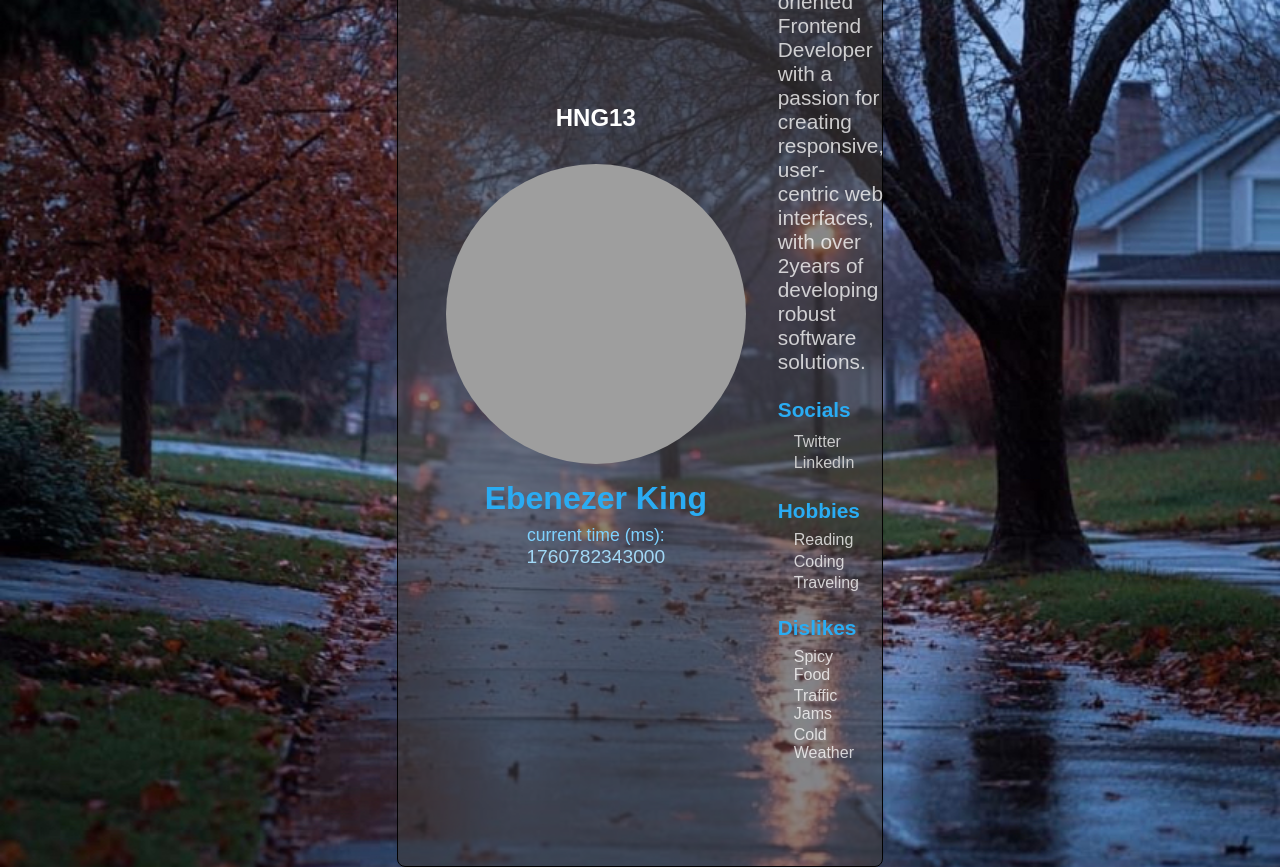
Repository: ebenezertiewei/profileCard
Page: index.html
The author's editor kept a copy of each file at every save. The page is drawn from the files as they stood at one save, then again after the next save.
The browser window is 1280 px wide. The pictures show the whole page.
Pictures or frames that could not be fetched are drawn as grey boxes.

Above is the page before, as saved 2025-10-18 12:31:21.

### index.html
<!DOCTYPE html>
<html lang="en">
	<head>
		<meta charset="UTF-8" />
		<meta name="viewport" content="width=device-width, initial-scale=1.0" />
		<title>Profile Card</title>
		<link rel="stylesheet" href="style.css" />
	</head>
	<body>
		<!--------------------------------- PROFILE CARD CONTAINER ---------------------------->
		<article data-testid="test-profile-card">
			<header>
				<h1>HNG13</h1>
				<!---------------------------------- PROFILE HEADER ---------------------------->
				<div id="profileHeader" data-testid="test-profile-header">
					<figure>
						<img
							src="https://ca.slack-edge.com/T09AMR8A9C3-U09L73CQQ2K-7e805defcf15-512"
							alt="Profile Avatar"
							data-testid="test-user-avatar"
							id="profileAvatar"
						/>
						<!-- <figcaption>Ebenezer King</figcaption> -->
					</figure>
					<!----------- user name ----------->
					<h2 data-testid="test-user-name">Ebenezer King</h2>
					<!----------- current time----------->
					<span data-testid="test-user-time-header" class="time-header">
						current time (ms):
						<p data-testid="test-user-time"></p>
					</span>
				</div>
			</header>

			<!---------------------------------- PROFILE DETAILS ---------------------------->
			<div id="profileDetails" data-testid="test-profile-details">
				<section>
					<h3 data-testid="test-user-bio-header" class="bio-header">Bio</h3>
					<p data-testid="test-user-bio">
						A detail-oriented Frontend Developer with a passion for creating
						responsive, user-centric web interfaces, with over 2years of
						developing robust software solutions.
					</p>
				</section>
				<!--------------------- social links ------------->
				<section>

				</section>
				<h3
					data-testid="test-user-social-links-header"
					class="social-links-header"
				>
					Socials
				</h3>
				<nav data-testid="test-user-social-links">
					<ul>
						<li>
							<a
								href="https://x.com/txch_king?s=11&t=o3w1r65yzU2hxbP-LDD1ug"
								target="_blank"
								rel="noopener noreferrer"
								data-testid="test-user-social-twitter"
							>
								Twitter
							</a>
						</li>
						<li>
							<a
								href="https://www.linkedin.com/in/ebenezer-t-093b21320/"
								target="_blank"
								rel="noopener noreferrer"
								data-testid="test-user-social-linkedin"
							>
								LinkedIn
							</a>
						</li>
					</ul>
				</nav>
				<!--------------------- hobbies ------------->
				<section data-testid="test-user-hobbies">
					<h3 data-testid="test-user-hobbies-header" class="hobbies-header">
						Hobbies
					</h3>
					<ul>
						<li>Reading</li>
						<li>Coding</li>
						<li>Traveling</li>
					</ul>
				</section>
				<!--------------------- dislikes ------------->
				<section data-testid="test-user-dislikes">
					<h3 data-testid="test-user-dislikes-header" class="dislikes-header">
						Dislikes
					</h3>
					<ul>
						<li>Spicy Food</li>
						<li>Traffic Jams</li>
						<li>Cold Weather</li>
					</ul>
				</section>
			</div>
		</article>

		<!-- javascript link -->
		<script src="script.js"></script>
	</body>
</html>

### style.css
/* ---------------------------------------------------------------- */
/*--------------- Project body general style ---------------*/
html {
	width: 100dvw;
	font-family: Arial, sans-serif;
	font-size: 1rem;
	font-weight: 400;
}
body {
	background-color: #605a5a;
	background-image: url("./assets/states.jpg");
	background-size: cover;
	background-position: center;
	background-repeat: no-repeat;
	/* height: 100%; */
	width: 100%;
}
* {
	padding: 0;
	margin: 0;
	border: 0;
	box-sizing: border-box;
	outline: none;
}

/*--------------------------MOBILE WORKFLOW---------------------*/
/*--------------profile card container -------------------*/
article[data-testid="test-profile-card"] {
	/* height: 100%; */
	width: 100%;
	padding: 3rem 1rem;
	background-color: rgba(61, 58, 58, 0.6);
	color: rgba(255, 255, 255, 0.761);
	display: flex;
	flex-direction: column;
	align-items: center;
	border: 1px solid #020202;
	border-radius: 8px;
	box-shadow: 0 2px 4px rgba(0, 0, 0, 0.1);
}

h1 {
	color: #fff;
	text-align: center;
	margin-bottom: 1rem;
}

/*-------------  PROFILE HEADER  -------------*/
#profileHeader {
	width: 100%;
	display: flex;
	flex-direction: column;
	padding: 1rem 0;
	/* background-color: orange; */
}
#profileHeader figure {
	display: flex;
	flex-direction: column;
	align-items: center;
	margin-bottom: 0.5rem;
}
/*------------- profile header image -------------*/
#profileHeader img {
	border-radius: 50%;
	width: 300px;
	height: 300px;
	object-fit: cover;
}
#avatarUpload::file-selector-button {
	background-color: rgba(61, 58, 58, 0.6);
	color: #a8a8a8;
	padding: 0.5rem 1rem;
	border: 1px solid #555555;
	border-radius: 6px;
	cursor: pointer;
	font-size: 0.9rem;
	transition: background 0.3s;
}
#avatarUpload::file-selector-button:hover {
	background-color: #45a049;
	color: black;
}
#avatarUpload {
	color: #a8a8a8;
}
#avatarUrl::placeholder {
	background-color: rgb(61, 58, 58);
	color: #a8a8a8;
}
#avatarUrl {
	/* color: #ccc; */
	padding: 0.5rem;
	background-color: rgb(61, 58, 58);
	border: 1px solid #555555;
	border-radius: 6px;
}
/*--------------profile name --------------*/
#profileHeader h2 {
	display: flex;
	justify-content: center;
	margin: 0.5rem 0;
	font-size: 2rem;
	font-weight: 600;
	color: #2aacf3;
}
/*-------------- current time --------------*/
#profileHeader span[data-testid="test-user-time-header"] {
	display: flex;
	flex-direction: column;
	justify-content: center;
	align-items: center;
	font-size: 1.1rem;
	margin-bottom: 1rem;
	color: #7ed2ff;
}
#profileHeader p[data-testid="test-user-time"] {
	margin-bottom: 1rem;
	font-size: 1.2rem;
	color: #a1d8f6;
}
/*--------------  PROFILE DETAILS  --------------*/
.bio-header {
	display: flex;
	flex-direction: column;
	justify-content: start;
	margin-bottom: 0.5rem;
	font-size: 1.3rem;
	color: #2aacf3;
}
#profileDetails p[data-testid="test-user-bio"] {
	font-size: 1.3rem;
	margin-bottom: 1.5rem;
}
/* ------------------ social links --------------- */
.social-links-header {
	display: flex;
	flex-direction: column;
	justify-content: start;
	margin-bottom: 0.5rem;
	font-size: 1.3rem;
	color: #2aacf3;
}
#profileDetails nav[data-testid="test-user-social-links"] {
	display: flex;
	flex-direction: column;
	justify-content: start;
	margin-bottom: 1.5rem;
}
#profileDetails nav[data-testid="test-user-social-links"] ul {
	list-style: none;
}
#profileDetails nav[data-testid="test-user-social-links"] li {
	margin: 0.2rem 1rem;
}
#profileDetails nav[data-testid="test-user-social-links"] a {
	color: #ccc;
	text-decoration: none;
}
#profileDetails nav[data-testid="test-user-social-links"] a:hover {
	text-decoration: underline;
}
/* ------------------ hobbies --------------- */
.hobbies-header {
	display: flex;
	flex-direction: column;
	justify-content: start;
	margin-bottom: 0.5rem;
	font-size: 1.3rem;
	color: #2aacf3;
}
#profileDetails section[data-testid="test-user-hobbies"] ul {
	list-style: none;
	margin-bottom: 1.5rem;
}
#profileDetails section[data-testid="test-user-hobbies"] li {
	margin: 0.2rem 1rem;
}
/* ------------------ dislikes --------------- */
.dislikes-header {
	display: flex;
	flex-direction: column;
	justify-content: start;
	margin-bottom: 0.5rem;
	font-size: 1.3rem;
	color: #2aacf3;
}
#profileDetails section[data-testid="test-user-dislikes"] ul {
	list-style: none;
	margin-bottom: 1.5rem;
}
#profileDetails section[data-testid="test-user-dislikes"] li {
	margin: 0.2rem 1rem;
}

/* ---------------------------------- MEDIA QUERY ------------------------------- */
/* ------------------- tablet ------------------- */
@media (min-width: 768px) {
	html {
		height: 100dvh;
	}
	body {
		height: 100%;
		display: flex;
		justify-content: center;
		align-items: center;
		padding: 0 2rem;
	}
	article[data-testid="test-profile-card"] {
		display: flex;
		flex-direction: row;
		width: 100%;
		gap: 2rem;
	}
}
/* ------------------- desktop ------------------- */
@media (min-width: 1024px) {
	article[data-testid="test-profile-card"] {
		width: 40%;
		padding: 5rem 3rem;
	}
}

### script.js
// --------------------------------------------------------------------------
// ------------------- current time in milliseconds ----------
window.addEventListener("DOMContentLoaded", () => {
	const timeElement = document.querySelector('[data-testid="test-user-time"]');

	function updateTime() {
		const currentTime = Date.now();
		timeElement.textContent = currentTime;
	}

	updateTime();
	setInterval(updateTime, 100);
});

After the next save:
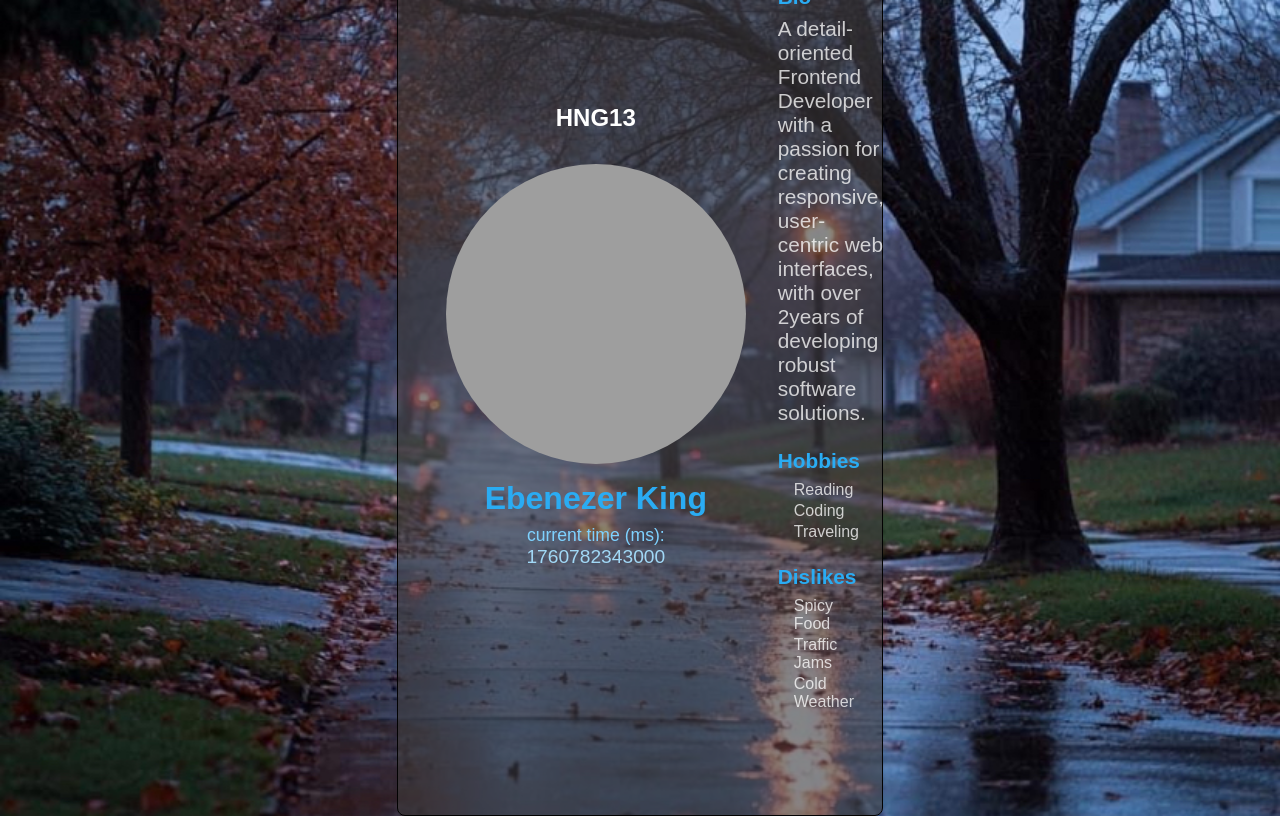
Saved 16 s later.
--- a/index.html
+++ b/index.html
@@ -46,36 +46,7 @@
 				<section>
 
 				</section>
-				<h3
-					data-testid="test-user-social-links-header"
-					class="social-links-header"
-				>
-					Socials
-				</h3>
-				<nav data-testid="test-user-social-links">
-					<ul>
-						<li>
-							<a
-								href="https://x.com/txch_king?s=11&t=o3w1r65yzU2hxbP-LDD1ug"
-								target="_blank"
-								rel="noopener noreferrer"
-								data-testid="test-user-social-twitter"
-							>
-								Twitter
-							</a>
-						</li>
-						<li>
-							<a
-								href="https://www.linkedin.com/in/ebenezer-t-093b21320/"
-								target="_blank"
-								rel="noopener noreferrer"
-								data-testid="test-user-social-linkedin"
-							>
-								LinkedIn
-							</a>
-						</li>
-					</ul>
-				</nav>
+
 				<!--------------------- hobbies ------------->
 				<section data-testid="test-user-hobbies">
 					<h3 data-testid="test-user-hobbies-header" class="hobbies-header">

After the save that followed:
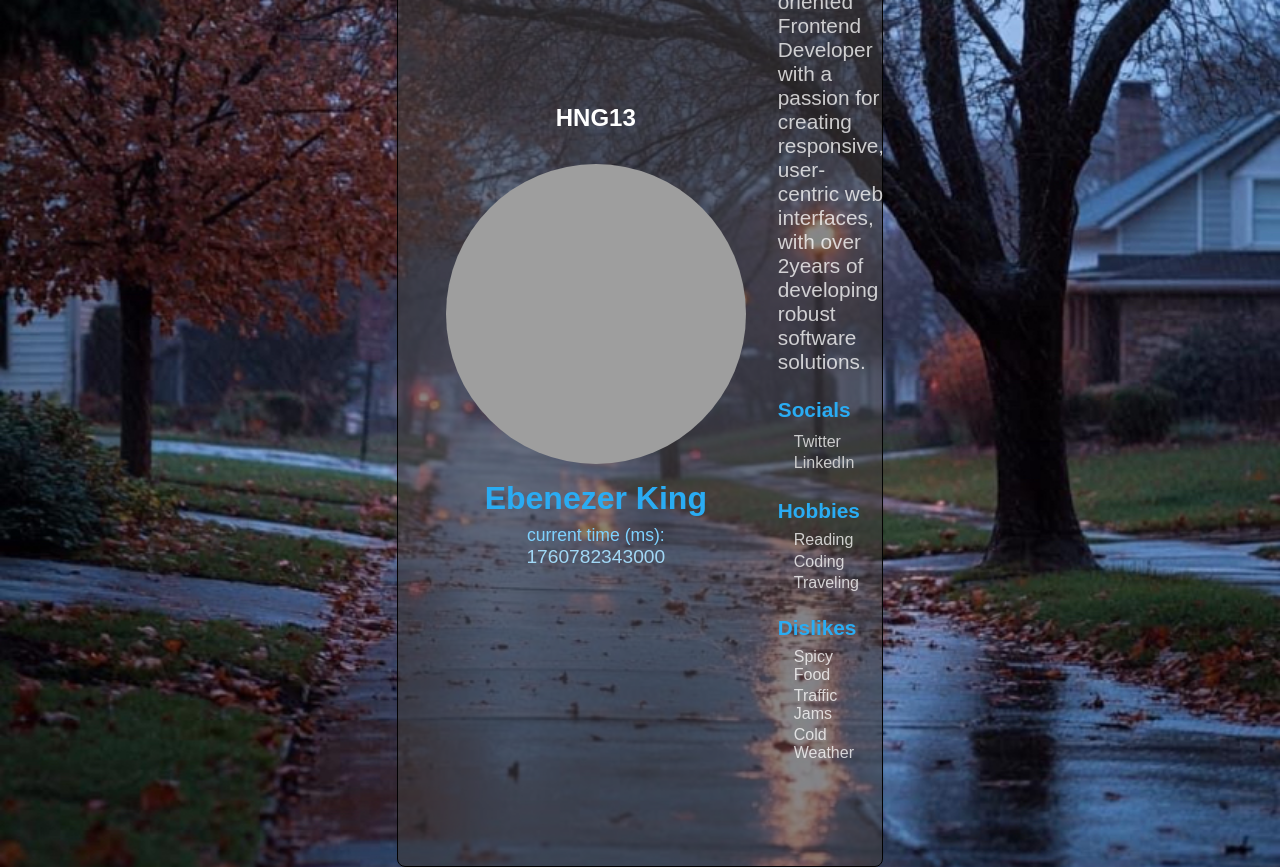
Saved 4 s later.
--- a/index.html
+++ b/index.html
@@ -44,7 +44,36 @@
 				</section>
 				<!--------------------- social links ------------->
 				<section>
-
+	<h3
+					data-testid="test-user-social-links-header"
+					class="social-links-header"
+				>
+					Socials
+				</h3>
+				<nav data-testid="test-user-social-links">
+					<ul>
+						<li>
+							<a
+								href="https://x.com/txch_king?s=11&t=o3w1r65yzU2hxbP-LDD1ug"
+								target="_blank"
+								rel="noopener noreferrer"
+								data-testid="test-user-social-twitter"
+							>
+								Twitter
+							</a>
+						</li>
+						<li>
+							<a
+								href="https://www.linkedin.com/in/ebenezer-t-093b21320/"
+								target="_blank"
+								rel="noopener noreferrer"
+								data-testid="test-user-social-linkedin"
+							>
+								LinkedIn
+							</a>
+						</li>
+					</ul>
+				</nav>
 				</section>
 
 				<!--------------------- hobbies ------------->
